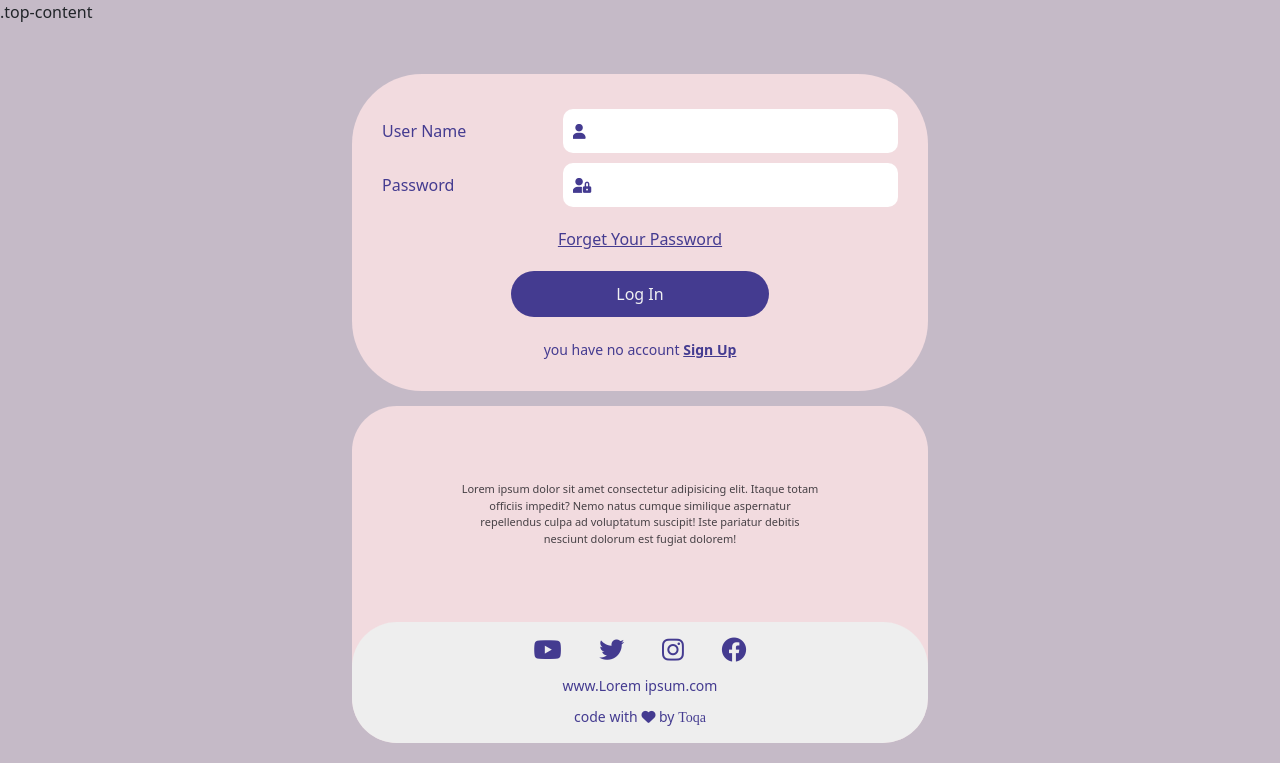
Repository: Toqa-25/register-page-one
Page: log in/index.html
These files come from the project's save history. The page is drawn as it stood at one moment and after the next save; the edit follows.
The browser window is 1280 px wide. The pictures show the whole page.
Some web fonts or font styles are not loaded; a fallback is used. Some web libraries are served in a nearby version.

Above is the page before, as saved 2021-12-26 16:44:11.

### log in/index.html
<!DOCTYPE html>
<html lang="en">
<head>
    <meta charset="UTF-8">
    <meta http-equiv="X-UA-Compatible" content="IE=edge">
    <meta name="viewport" content="width=device-width, initial-scale=1.0">
    <!-- bootstrab Style -->
    <link href="https://cdn.jsdelivr.net/npm/bootstrap@5.1.3/dist/css/bootstrap.min.css" rel="stylesheet" integrity="sha384-1BmE4kWBq78iYhFldvKuhfTAU6auU8tT94WrHftjDbrCEXSU1oBoqyl2QvZ6jIW3" crossorigin="anonymous">
    <!-- fontawosome -->
  <link rel="stylesheet" href="https://pro.fontawesome.com/releases/v5.10.0/css/all.css" integrity="sha384-AYmEC3Yw5cVb3ZcuHtOA93w35dYTsvhLPVnYs9eStHfGJvOvKxVfELGroGkvsg+p" crossorigin="anonymous"/>
    <link rel="stylesheet" href="https://cdnjs.cloudflare.com/ajax/libs/font-awesome/5.1.0/css/v4-shims.min.css">
    <link rel="stylesheet" href="https://cdnjs.cloudflare.com/ajax/libs/font-awesome/6.0.0-beta3/css/all.min.css">
  <!-- css file style -->
    <link rel="stylesheet" href="../css/style.css">
    <!-- google font -->
    <link rel="preconnect" href="https://fonts.googleapis.com">
<link rel="preconnect" href="https://fonts.gstatic.com" crossorigin>
<link href="https://fonts.googleapis.com/css2?family=Pushster&display=swap" rel="stylesheet">
    <!-- page-title -->
    <title> log in Page </title>
</head>
<body>
<!-- sign up  Section -->
<div class="top">
  .top-content
</div>
<form action="" class="part-style" id="sign-form">
    <!-- user-name -->
    <div class="form-input d-flex justify-content-between align-items-center flex-sm-column flex-md-row">
    <label for="user-name">User Name</label>
    <input type="text" name="" id="user-name" class="input input-font" placeholder="&#xf007;">
    </div>
    <!-- password -->
    <div class="form-input d-flex justify-content-between align-items-center flex-sm-column flex-md-row">
    <label for="password">Password</label>
    <input type="password" name="" id="password" class="input" placeholder="&#xf502;">
    </div>
    <!-- submit btn  -->
    <a href="http://" class="forget">Forget Your Password</a>
    <input type="submit" value="Log In" class="btn sign-log-btn d-block log-btn input-font"  id="sign-btn" >
     <span>you have no account  <a href="../sign up/index.html"> Sign Up </a></span>
</form>
   <!-- accept section -->

   <!-- footer section -->
  <footer class="part-style">
          <div class="footer-content">
              <div class="footer-text">
                  <p class="footer-text-info">
                      Lorem ipsum dolor sit amet consectetur adipisicing elit. Itaque totam officiis impedit? Nemo natus cumque similique aspernatur repellendus culpa ad voluptatum suscipit! Iste pariatur debitis nesciunt dolorum est fugiat dolorem!
                  </p>
              </div>
              <div class="footer-icons d-flex flex-column justify-content-evenly align-items-center">
                  <!-- <div class="footer-icons-group"> -->
                      <span class="footer-icons-group d-flex justify-content-evenly align-items-center">
                  <!-- <i class="fab fa-youtube"> <a href="https://toqa-25.github.io/portfolio/" target="_blank" rel="noopener noreferrer"></a> </i> -->
                  <a href="https://" target="_blank" rel="noopener noreferrer"> <i class="fab fa-youtube"></i></a>
                  <a href="http://" target="_blank" rel="noopener noreferrer"><i class="fab fa-twitter"></i></a>
                  <a href="http://" target="_blank" rel="noopener noreferrer"><i class="fab fa-instagram"></i></a>
                 <a href="http://" target="_blank" rel="noopener noreferrer"> <i class="fab fa-facebook"></i></a>
                  </span>
              <!-- </div> -->
                <!-- <div class="footer-icons-text"> -->
                    <span class="web-text d-block">www.Lorem ipsum.com</span>
                    <span class="code-text">code with <i class="fas fa-heart"></i> by <Span class="coder"><a href="https://toqa-25.github.io/portfolio/" target="_blank" rel="noopener noreferrer" >Toqa</a></Span> </span>
                <!-- </div> -->
              </div>
      </div>
  </footer>
  <script>
    //   // checked ok
    //   let checked = document.getElementById("checked")
    //   let right = document.getElementById("right")
    //  checked.onclick = function () {
    //      if ( right.style.display === "none"){
    //          right.style.display="block"
    //      }
    //      else{
    //           right.style.display ="none"
    //      }
    //  }
    //  // form
    //  let form = document.getElementById("sign-form")
    //  let signUp = document.getElementById("sign-btn")
    //  form.addEventListener("submit" , function (event){
    //      event.preventDefault ()
    //  });

    //  signUp.addEventListener("click" , function (){
    //      setTimeout(() => {
    //          window.location ="../log in/index.html"
    //      }, 1000);
    //     console.log ("go")
    //  })
  </script>
</body>
</html>

### css/style.css

/* Root */
:root{
    --m-text-color:#f0f0f2;
    /* --s-text-color:#464045; */
    --s-text-color:#464045;
    --th-text-color:#545050;
    --pink-background:#f2dbdf;
    --sign-btn-background:#c5bac7;
    --log-btn-background:#443b90;
    --footer-icon-background:#eeeeee;
    --website-text:#c0bdd4;
}
/* global style */
*, p{
    box-sizing :border-box;
    padding: 0;
    margin: 0;
}
body{
    /* background-color:var(--th-text-color) ; */
        background-color: #c5bac7;
}
.part-style{
    width: 90%;
}
/* @media (min-width:575px){ */
 @media (min-width:991px){
    .part-style{
        width: 45%;
    }
    }
@media (max-width:990px){
.part-style{
    width: 60%;
}
}
@media (max-width:767px){
.part-style{
    width: 80%;
}
}
@media (max-width:575px){
.part-style{
    width: 95%;
}
}
/**********************************************************************/
/* sign in & log in style */
.sign-log , #sign-form{
    margin: 50px auto 15px;
    background-color: var(--pink-background);
    border-radius: 70px;
    -webkit-border-radius: 70px;
    -moz-border-radius: 70px;
    -ms-border-radius: 70px;
    -o-border-radius: 70px;
        color:var(--s-text-color);
     text-align: center;

}
.sign-log-btn,.sign-log-btn:hover,.sign-log-btn:hover a {
    width: 50%;
    margin: 20px auto;
    border-radius: 25px;
    padding: 10px;
    color:var(--m-text-color)


}
.sign-btn{
    background-color: var(--sign-btn-background);
}
.log-btn{
    background-color: var(--log-btn-background);
}
.sign-log-btn a{
    text-decoration: none;
    color:var(--m-text-color)

}
/* accept style */
.accept{
    color:var(--s-text-color);
    margin:20px auto;
}
.accept-content{
    background-color:var(--footer-icon-background) ;
    border-radius: 25px;
    -webkit-border-radius: 25px;
    -moz-border-radius: 25px;
    -ms-border-radius: 25px;
    -o-border-radius: 25px;
    padding: .75rem 1rem ;
    font-size: 15px;
}
.acc-text{
  margin-bottom: 0;
}
.acc-check{
    width: 13px;
    height: 13px;
    border-radius: 50%;
    border: 1px solid var(--s-text-color);
    cursor: pointer;
}
.acc-check i {
    margin: 3px 1px 3px 4px;
    font-size: 14px;
    line-height: 15px;
    display: none;
}
/**********************************************************************/
/* footer style */
footer {
    margin:15px auto 20px;
    color:var(--s-text-color);
    background-color: var(--pink-background);
    border-radius: 45px;
    -webkit-border-radius: 45px;
    -moz-border-radius: 45px;
    -ms-border-radius: 45px;
    -o-border-radius: 45px;
}

.footer-text{
    padding: 75px 50px;
    font-size: 11px;
    text-align: center;
}
.footer-text-info{
    width: 75%;
    margin: 0 auto;
}
.footer-icons{
    background-color:var(--footer-icon-background) ;
    border-radius: 45px;
    width: 100%;
    text-align: center;
    min-height: 100px;
        padding: 5px 0;
    color:var(--log-btn-background) ;


}
.footer-icons-group{
    width: 50%;
    margin: 10px auto 0;
}
.footer-icons-group i{
 font-size: 25px;
 transition: .3s;
 -webkit-transition: .3s;
 -moz-transition: .3s;
 -ms-transition: .3s;
 -o-transition: .3s;
color:var(--log-btn-background) ;

}
.footer-icons-group  a i:hover{
    transform: rotate(
360deg) scale(1.25);
color: var(--log-btn-background);
    color:var(--log-btn-background) ;

}
.web-text {
    font-size: 14px;
    margin: 10px auto;
}
.code-text {
    font-size: 14px;
    margin-bottom: 10px ;
}
footer a , footer a:hover{
    text-decoration:none ;
    color:var(--s-text-color);
    cursor: pointer;

}

.coder a , .coder a:hover{
    font-family: 'Pushster', cursive;
    color:var(--log-btn-background) ;


}
/**********************************************************************/
 /* sign-up page */
 #sign-form{
color:var(--log-btn-background) ;
padding: 30px;
}
   .form-input {
       width: 100%;
   }
.input{
    width: 65%;
    padding: 10px;
    border: none;
    border-radius: 10px;
    margin: 5px 0;
    outline: none;
}
#sign-form span{
    font-size: 14px;
}
#sign-form span a{
    color:var(--log-btn-background) ;
    font-weight: bold;
    cursor: pointer;
}
@media (max-width:767px){
    .flex-sm-column{
        flex-direction: column;
}
.input{
    width: 80%;
}
}
.forget{
    color:var(--log-btn-background) ;
    margin:15px auto;
    display: block;
}
::placeholder{
     font-family: 'Font Awesome 5 free';
     font-weight: 700;
     color: var(--s-text-color);
     font-size: 15px;
     letter-spacing: 1px;
     text-transform: capitalize;
    color:var(--log-btn-background) ;

 }

After the next save:
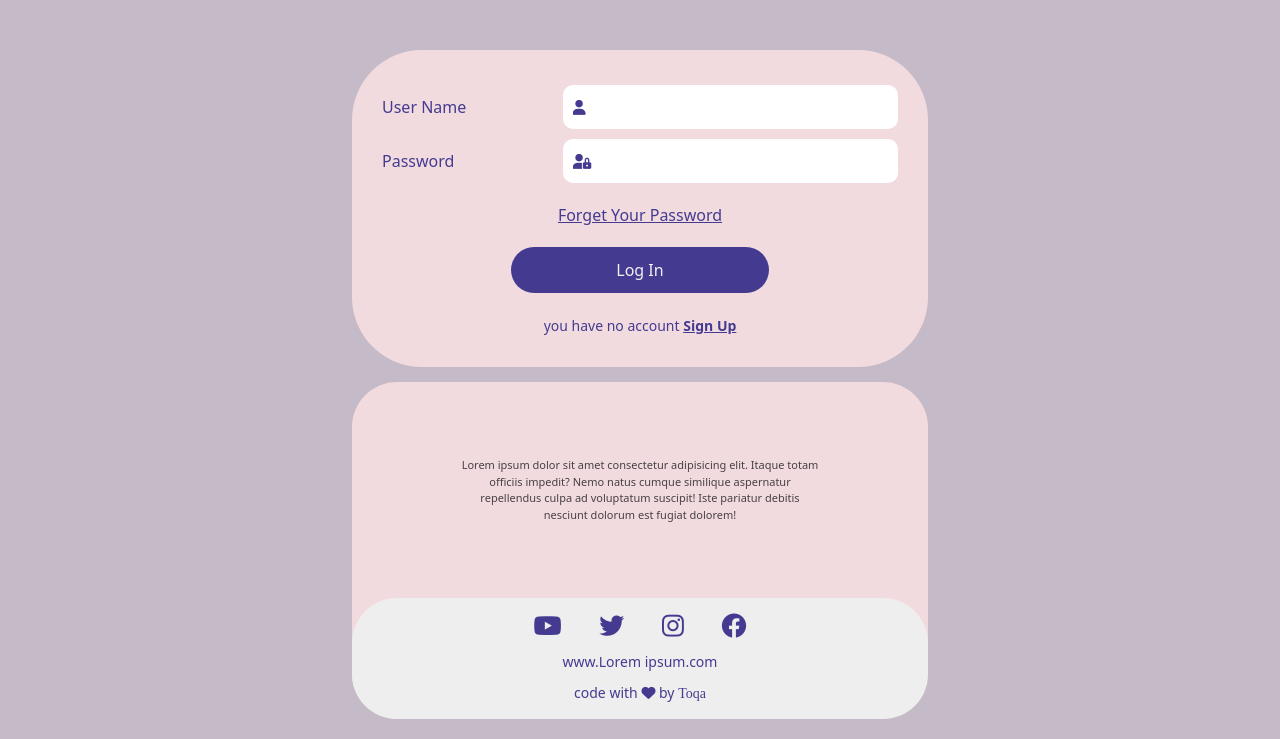
Saved 7 s later.
--- a/log in/index.html
+++ b/log in/index.html
@@ -22,7 +22,9 @@
 <body>
 <!-- sign up  Section -->
 <div class="top">
-  .top-content
+  <div class="top-content">
+
+  </div>
 </div>
 <form action="" class="part-style" id="sign-form">
     <!-- user-name -->
